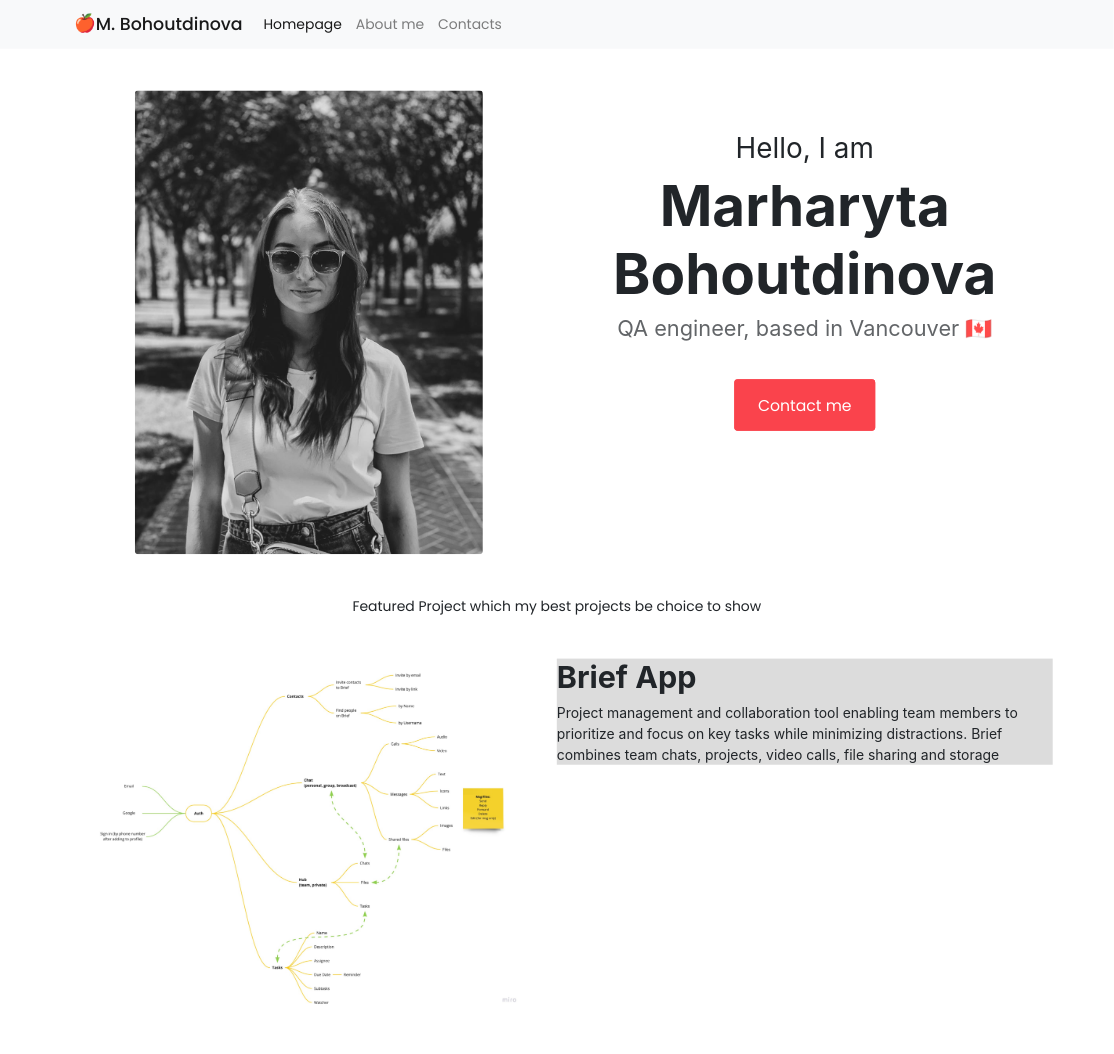
Repository: Bohoutdinova/Portfolio_week-4
Page: index.html
An editor plug-in stored every save of this project. The page is shown before and after the next save, followed by the edit.
The browser window is 1280 px wide. The pictures show the whole page, at 87% of full size.

Above is the page before, as saved 2022-08-11 18:46:01.

After the next save:
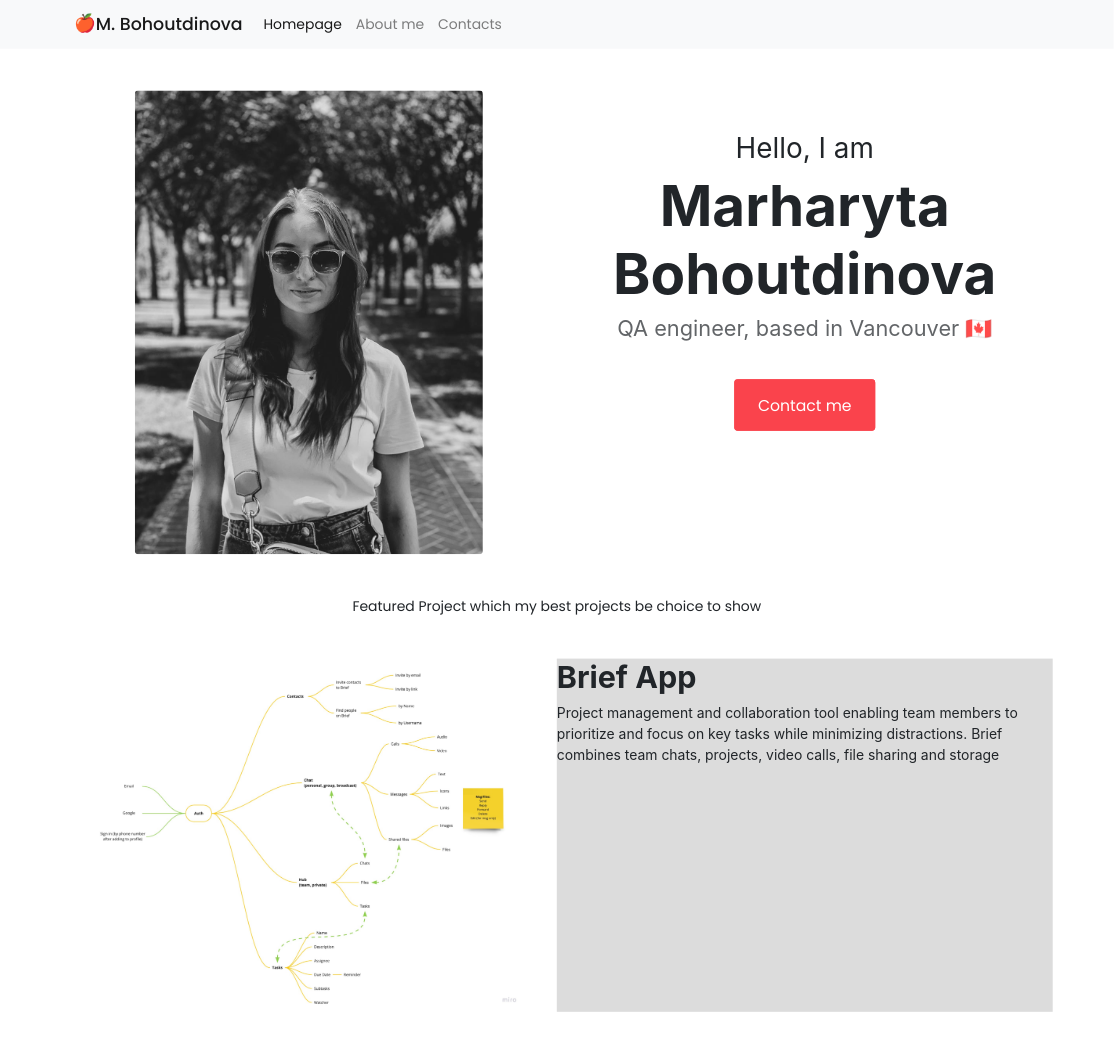
Saved 9 s later.
--- a/src/style.css
+++ b/src/style.css
@@ -74,6 +74,6 @@ img {
   font-size: 35px;
   font-weight: 700;
 }
-.app-description {
+.app {
   background-color: gainsboro;
 }
